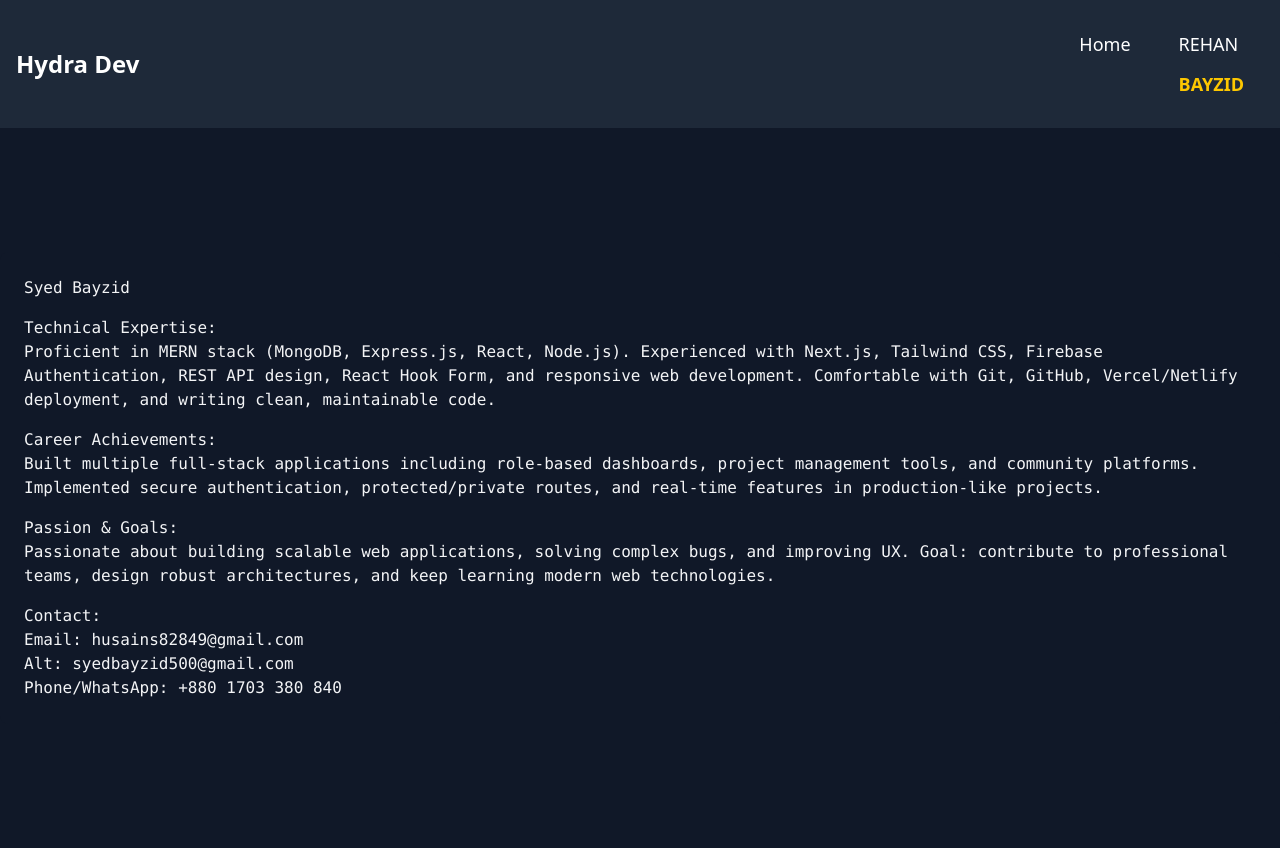
Repository: codeSmith-006/github-collab
Page: /bayzid
These files come from the project's save history. The page is drawn as it stood at one moment and after the next save; the edit follows.
The browser window is 1280 px wide. The pictures show the whole page.
The project was rebuilt for these pictures with package versions that can differ from the ones it lists, and the page was loaded fresh each time. Also part of the build but not shown: vite.config.js, src/App.jsx, src/Components/Navbar/active.css, src/Page/Home/Home.jsx, src/Page/Rehan/Rehan.jsx.

Above is the page before, as saved 2025-09-10 10:38:51.

After the next save:
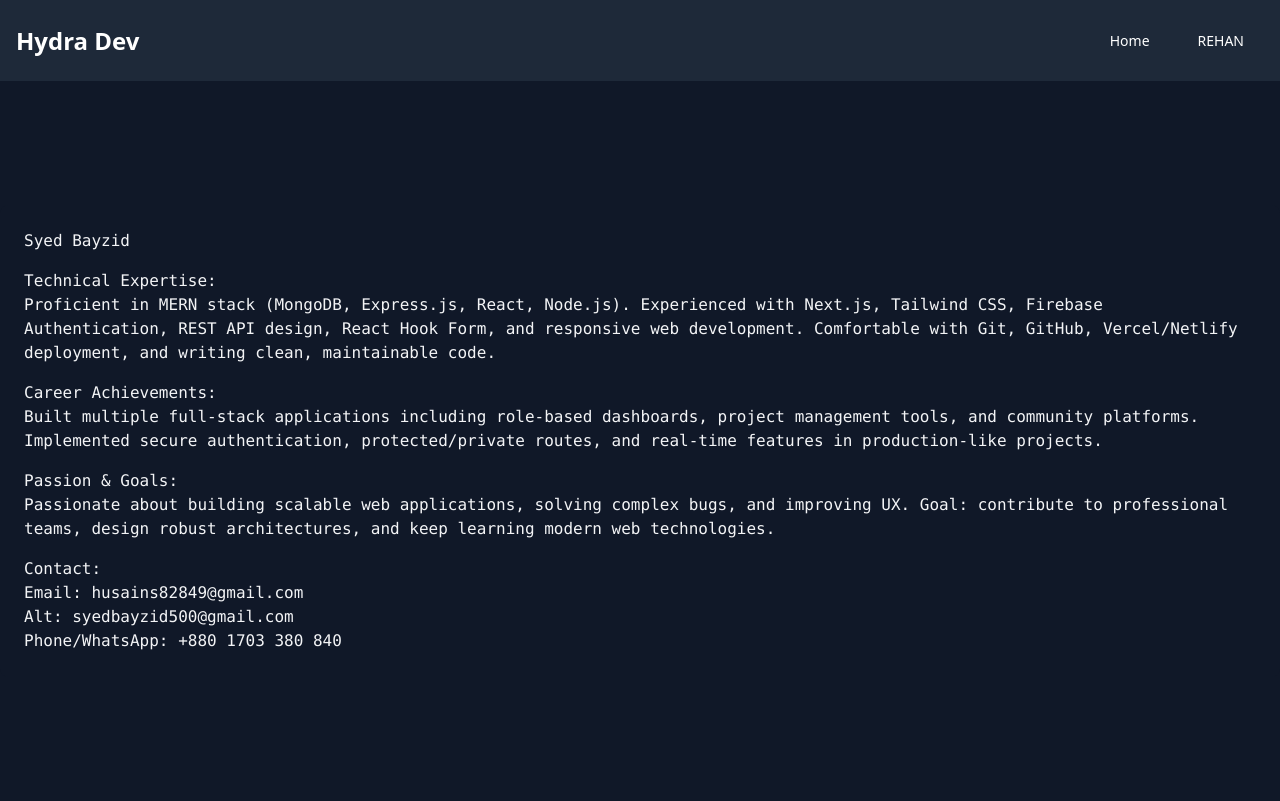
Saved 2 min 33 s later.
--- a/src/Components/Navbar/Navbar.jsx
+++ b/src/Components/Navbar/Navbar.jsx
@@ -11,7 +11,7 @@ export default function Navbar() {
       </div>
 
       {/* Menu */}
-      <ul className="menu flex flex-row gap-6 text-lg">
+      <ul className="menu flex flex-row gap-6">
         <li>
           <NavLink
             to="/"
@@ -31,14 +31,6 @@ export default function Navbar() {
           >
             REHAN
           </NavLink>
-          <NavLink
-            to="/bayzid"
-            className={({ isActive }) =>
-              isActive ? "text-yellow-400 font-bold" : "hover:text-yellow-300"
-            }
-          >
-            BAYZID
-          </NavLink>
         </li>
       </ul>
     </nav>
